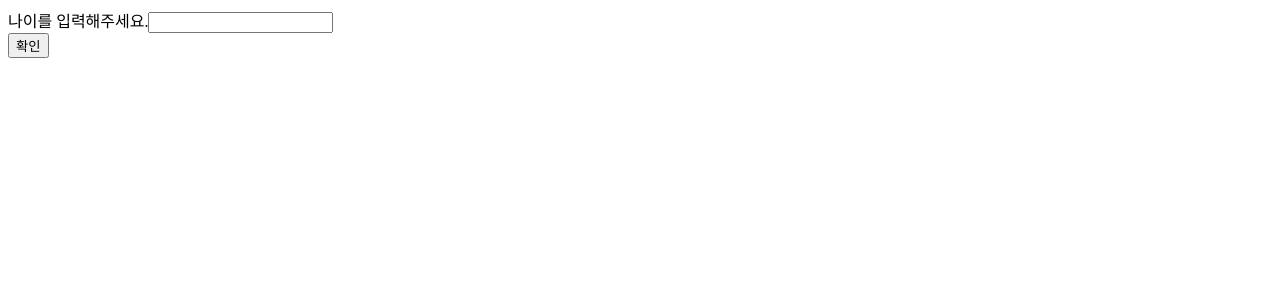
Repository: lee-ruru/jsp_practice
Page: http://localhost/JSPBasic/JspObject/2.response/res_basic.jsp
An editor plug-in stored every save of this project. The page is shown before and after the next save, followed by the edit.
The browser window is 1280 px wide. The pictures show the whole page.
The page is served by Tomcat 9.

Above is the page before, as saved 2022-02-04 02:49:47.

After the next save:
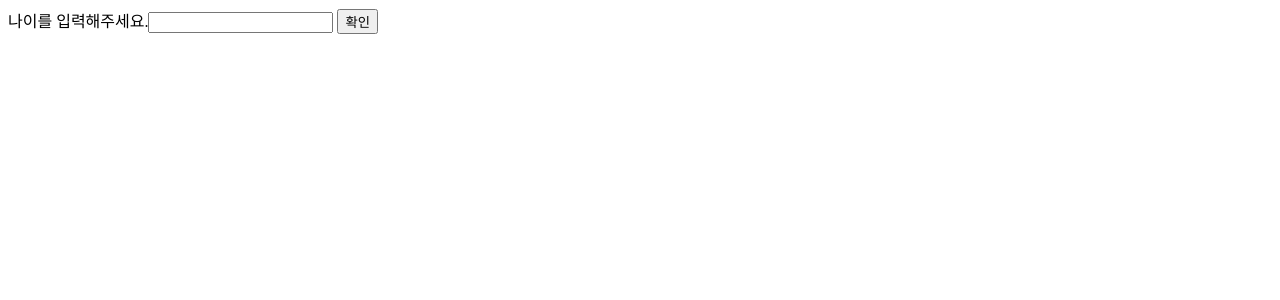
Saved 5 s later.
--- a/JSPBasic/src/main/webapp/JspObject/2.response/res_basic.jsp
+++ b/JSPBasic/src/main/webapp/JspObject/2.response/res_basic.jsp
@@ -11,8 +11,7 @@
 목적지는 res_check.jsp 이고 method는 get 방식입니다.
 input 태그로 나이를 입력받고, 제출버튼에는 "확인"이라고 적혀있습니다. --%>
 	<form action = "res_check.jsp" method="get">
-	나이를 입력해주세요.<input type="number" name="age"/><br/>
-
+	나이를 입력해주세요.<input type="number" name="age"/>
 	<input type = "submit" value="확인"/>
 	</form>
 
